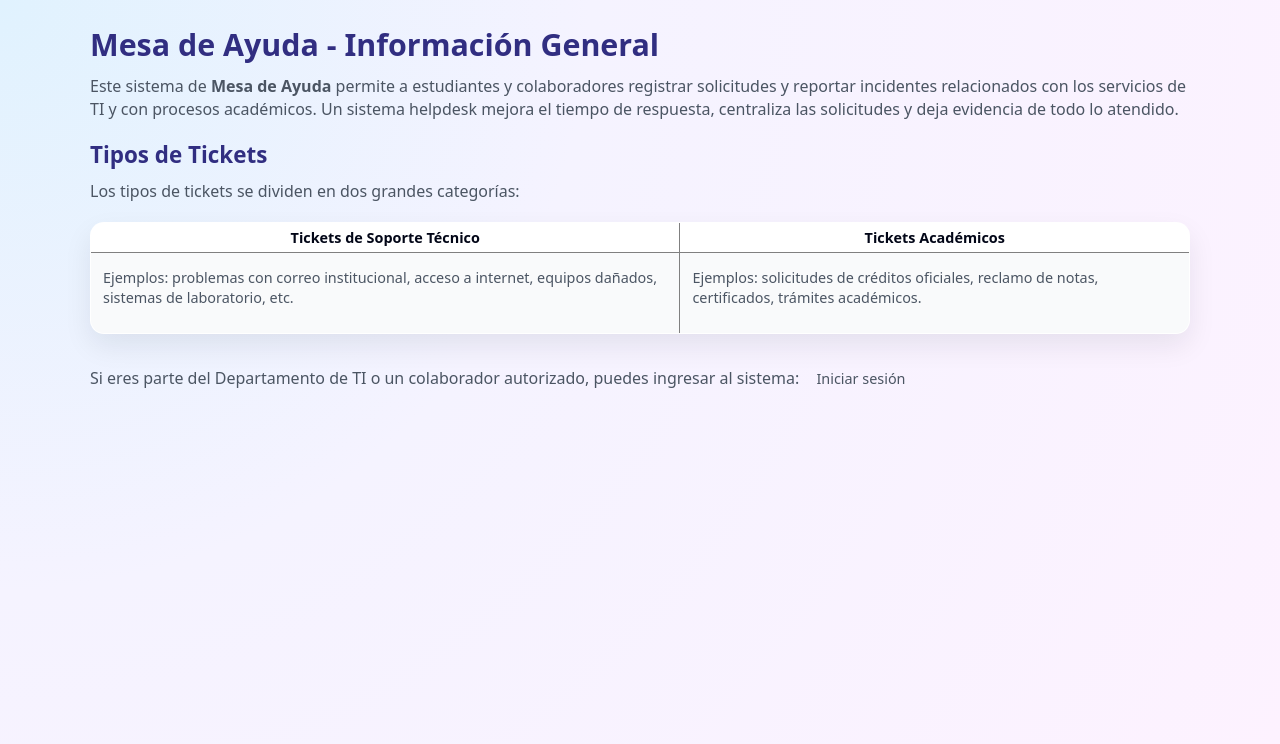
Repository: eleazarrrg/Proyecto-Mesa-Ayuda
Page: http://localhost/mesa-ayuda/public_home.php
The author's editor kept a copy of each file at every save. The page is drawn from the files as they stood at one save, then again after the next save.
The browser window is 1280 px wide. The pictures show the whole page.
The page is run by PHP 8.4 with error messages shown; the project is at /var/www/html/. Queries for data that is not in the repository find no rows.

Above is the page before, as saved 2025-12-06 22:41:13.

### public/public_home.php
<?php
require_once __DIR__ . '/../app/core/Database.php';

$db = Database::getInstance()->getConnection();

$tipos = $db->query("SELECT nombre, categoria FROM tipos_ticket ORDER BY nombre")->fetchAll();

$tecnicos = [];
$academicos = [];
foreach ($tipos as $t) {
    if ($t['categoria'] === 'TECNICO') {
        $tecnicos[] = $t['nombre'];
    } else {
        $academicos[] = $t['nombre'];
    }
}
?>
<!DOCTYPE html>
<html lang="es">
<head>
    <meta charset="UTF-8">
    <title>Mesa de Ayuda - Página pública</title>
    <link rel="stylesheet" href="../assets/css/style.css">
</head>
<body>
    <h1>Mesa de Ayuda - Información General</h1>

    <p>
        Este sistema de <strong>Mesa de Ayuda</strong> permite a estudiantes y colaboradores
        registrar solicitudes y reportar incidentes relacionados con los servicios de TI
        y con procesos académicos. Un sistema helpdesk mejora el tiempo de respuesta,
        centraliza las solicitudes y deja evidencia de todo lo atendido.
    </p>

    <h2>Tipos de Tickets</h2>
    <p>Los tipos de tickets se dividen en dos grandes categorías:</p>

    <table border="1" cellpadding="5" cellspacing="0">
        <tr>
            <th>Tickets de Soporte Técnico</th>
            <th>Tickets Académicos</th>
        </tr>
        <tr>
            <td valign="top">
                <p>Ejemplos: problemas con correo institucional, acceso a internet, equipos dañados, sistemas de laboratorio, etc.</p>
                <ul>
                    <?php foreach ($tecnicos as $n): ?>
                        <li><?= htmlspecialchars($n); ?></li>
                    <?php endforeach; ?>
                </ul>
            </td>
            <td valign="top">
                <p>Ejemplos: solicitudes de créditos oficiales, reclamo de notas, certificados, trámites académicos.</p>
                <ul>
                    <?php foreach ($academicos as $n): ?>
                        <li><?= htmlspecialchars($n); ?></li>
                    <?php endforeach; ?>
                </ul>
            </td>
        </tr>
    </table>

    <p>
        Si eres parte del Departamento de TI o un colaborador autorizado, puedes ingresar al sistema:
        <a href="index.php">Iniciar sesión</a>
    </p>
</body>
</html>

### app/core/Database.php
<?php
// app/core/Database.php
require_once __DIR__ . '/../config/config.php';

class Database {
    private $host;
    private $dbname;
    private $user;
    private $pass;
    private static $instance = null;
    private $pdo;

    private function __construct() {
        $this->host   = defined('DB_HOST') ? DB_HOST : 'localhost';
        $this->dbname = defined('DB_NAME') ? DB_NAME : 'mesa_ayuda';
        $this->user   = defined('DB_USER') ? DB_USER : 'root';
        $this->pass   = defined('DB_PASS') ? DB_PASS : '';

        $dsn = "mysql:host={$this->host};dbname={$this->dbname};charset=utf8mb4";

        try {
            $this->pdo = new PDO($dsn, $this->user, $this->pass, [
                PDO::ATTR_ERRMODE            => PDO::ERRMODE_EXCEPTION,
                PDO::ATTR_DEFAULT_FETCH_MODE => PDO::FETCH_ASSOC,
            ]);
        } catch (PDOException $e) {
            // Control de errores sencillo
            die("Error de conexión a BD: " . $e->getMessage());
        }
    }

    public static function getInstance() {
        if (self::$instance === null) {
            self::$instance = new Database();
        }
        return self::$instance;
    }

    public function getConnection() {
        return $this->pdo;
    }
}

### app/config/config.php
<?php
// app/config/config.php

// Nombre de la app
define('APP_NAME', 'Mesa de Ayuda UTP');


define('APP_URL', 'http://localhost/mesa-ayuda/public');

// Configuración de zona horaria
date_default_timezone_set('America/Panama');

// Datos de BD por si luego se usan en Database.php
define('DB_HOST', 'localhost');
define('DB_NAME', 'mesa_ayuda');
define('DB_USER', 'root');
define('DB_PASS', '');

### assets/css/style.css
/* =========================================
   ESTILOS GENERALES
========================================= */
:root {
    /* Fondo general */
    --bg-body: #f5f3ff;
    --bg-card: #ffffff;

    /* Header y zonas oscuras */
    --bg-header: #4c1d95;
    --bg-header-soft: #312e81;

    /* Color principal */
    --primary: #0ea5e9;
    --primary-soft: #e0f2fe;
    --primary-dark: #0284c7;

    /* Semáforos */
    --danger: #ef4444;
    --success: #16a34a;
    --warning: #f59e0b;

    /* Texto y bordes */
    --text-main: #020617;
    --text-soft: #4b5563;
    --border-soft: #e5e7eb;

    /* Sombras y radios */
    --shadow-soft: 0 12px 28px rgba(15, 23, 42, 0.08);
    --radius-card: 14px;
    --radius-pill: 999px;

    --transition-fast: 0.18s ease-out;
    --font-main: system-ui, -apple-system, BlinkMacSystemFont, "Segoe UI", sans-serif;
}

*,
*::before,
*::after {
    box-sizing: border-box;
}

html, body {
    margin: 0;
    padding: 0;
}

body {
    font-family: var(--font-main);
    background: radial-gradient(circle at top left, #e0f2fe 0, #f5f3ff 40%, #fdf2ff 100%);
    color: var(--text-main);
    min-height: 100vh;
}

/* Contenedor principal centrado */
body > h1,
body > h2,
body > h3,
body > p,
body > form,
body > table,
body > hr,
body > ul {
    max-width: 1100px;
    margin-left: auto;
    margin-right: auto;
}

/* Para páginas que tengan un contenedor principal */
.container,
.wrapper-main {
    max-width: 1100px;
    margin: 24px auto 40px auto;
    padding: 0 16px;
}

/* =========================================
   TIPOGRAFÍA Y LINKS
========================================= */
h1 {
    font-size: 1.9rem;
    font-weight: 700;
    margin: 24px auto 10px auto;
    color: var(--bg-header-soft);
    text-align: left;
}

h2 {
    font-size: 1.4rem;
    margin: 18px 0 10px 0;
    color: var(--bg-header-soft);
}

h3 {
    font-size: 1.1rem;
    margin: 16px 0 8px 0;
    color: var(--bg-header-soft);
}

p {
    margin: 6px 0 10px;
    color: var(--text-soft);
    line-height: 1.45;
}

a {
    color: var(--primary);
    text-decoration: none;
    font-weight: 500;
}

a:hover {
    text-decoration: underline;
}

/* =========================================
   BARRA DE NAVEGACIÓN SENCILLA (la del dashboard)
========================================= */

body > p a {
    display: inline-block;
    margin-right: 10px;
    padding: 6px 12px;
    border-radius: var(--radius-pill);
    border: 1px solid transparent;
    background-color: transparent;
    font-size: 0.9rem;
    color: var(--text-soft);
    transition: background-color var(--transition-fast), color var(--transition-fast), border-color var(--transition-fast), transform var(--transition-fast);
}

body > p a:hover {
    background-color: var(--primary-soft);
    color: var(--primary-dark);
    border-color: rgba(37, 99, 235, 0.25);
    text-decoration: none;
    transform: translateY(-1px);
}

/* Para indicar la página actual manualmente si quieres */
.nav-active {
    background-color: var(--primary);
    color: #ffffff !important;
    border-color: var(--primary-dark);
}

/* =========================================
   CARDS (puedes usarlas envolviendo contenido con class="card")
========================================= */
.card {
    background-color: var(--bg-card);
    border-radius: var(--radius-card);
    box-shadow: var(--shadow-soft);
    padding: 18px 20px;
    margin: 18px auto;
    border: 1px solid rgba(148, 163, 184, 0.15);
}

.card-header {
    display: flex;
    align-items: baseline;
    justify-content: space-between;
    margin-bottom: 10px;
}

.card-header h2,
.card-header h3 {
    margin: 0;
}

.card-header small {
    color: var(--text-soft);
}

/* =========================================
   FORMULARIOS
========================================= */

form {
    background-color: var(--bg-card);
    border-radius: var(--radius-card);
    padding: 20px 22px;
    margin: 18px auto 30px auto;
    box-shadow: var(--shadow-soft);
    border: 1px solid rgba(148, 163, 184, 0.18);
}

label {
    display: block;
    font-size: 0.9rem;
    margin-bottom: 4px;
    font-weight: 600;
    color: var(--text-soft);
}

input[type="text"],
input[type="password"],
input[type="email"],
input[type="date"],
input[type="number"],
input[type="file"],
select,
textarea {
    width: 100%;
    max-width: 460px;
    padding: 9px 11px;
    border-radius: 9px;
    border: 1px solid var(--border-soft);
    font-size: 0.92rem;
    font-family: var(--font-main);
    outline: none;
    background-color: #f9fafb;
    color: var(--text-main);
    transition: border-color var(--transition-fast), box-shadow var(--transition-fast), background-color var(--transition-fast), transform var(--transition-fast);
}

textarea {
    resize: vertical;
    min-height: 90px;
}

input:focus,
select:focus,
textarea:focus {
    border-color: var(--primary);
    box-shadow: 0 0 0 1px rgba(37, 99, 235, 0.35);
    background-color: #ffffff;
    transform: translateY(-1px);
}

/* Separación entre grupos del formulario */
form > br {
    display: none; /* oculta <br> si los usas, el padding ya hace el espacio */
}

form > label + * {
    margin-bottom: 12px;
}

/* =========================================
   BOTONES
========================================= */

button,
input[type="submit"],
.btn {
    display: inline-flex;
    align-items: center;
    justify-content: center;
    padding: 8px 18px;
    border-radius: var(--radius-pill);
    border: none;
    font-size: 0.9rem;
    font-weight: 600;
    font-family: var(--font-main);
    background: linear-gradient(135deg, var(--primary), var(--primary-dark));
    color: #ffffff;
    cursor: pointer;
    box-shadow: 0 6px 16px rgba(37, 99, 235, 0.30);
    transition: transform var(--transition-fast), box-shadow var(--transition-fast), background var(--transition-fast), filter var(--transition-fast);
}

button:hover,
input[type="submit"]:hover,
.btn:hover {
    transform: translateY(-1px);
    box-shadow: 0 12px 20px rgba(37, 99, 235, 0.35);
    filter: brightness(1.03);
}

button:active,
input[type="submit"]:active,
.btn:active {
    transform: translateY(0);
    box-shadow: 0 4px 8px rgba(15, 23, 42, 0.3);
}

/* Variantes de botón */
.btn-secondary {
    background: #e5e7eb;
    color: #111827;
    box-shadow: none;
}

.btn-secondary:hover {
    background: #d1d5db;
    box-shadow: 0 4px 10px rgba(148, 163, 184, 0.4);
}

.btn-danger {
    background: linear-gradient(135deg, #ef4444, #b91c1c);
}

.btn-success {
    background: linear-gradient(135deg, #22c55e, #15803d);
}

/* =========================================
   MENSAJES (errores, éxito, info)
   (Puedes envolver tus mensajes con <div class="alert alert-error"> etc.)
========================================= */

.alert {
    padding: 10px 14px;
    border-radius: 10px;
    font-size: 0.9rem;
    margin: 12px auto;
    max-width: 1100px;
    border: 1px solid transparent;
}

.alert-error {
    background: #fef2f2;
    border-color: #fecaca;
    color: #b91c1c;
}

.alert-success {
    background: #ecfdf3;
    border-color: #bbf7d0;
    color: #166534;
}

.alert-info {
    background: #eff6ff;
    border-color: #bfdbfe;
    color: #1d4ed8;
}

/* Estilo específico para el UL de errores que ya tienes */
ul {
    padding-left: 18px;
}

ul li {
    margin-bottom: 4px;
}

/* Si no quieres cambiar tu HTML, al menos haz que el UL rojo se vea como alerta */
ul[style*="color:red"] {
    list-style: none;
    padding: 10px 14px;
    border-radius: 10px;
    background: #fef2f2;
    border: 1px solid #fecaca;
    color: #b91c1c !important;
}

/* =========================================
   TABLAS (listado de tickets, usuarios, etc.)
========================================= */

table {
    width: 100%;
    border-collapse: collapse;
    margin: 18px auto 28px auto;
    background-color: var(--bg-card);
    border-radius: 14px;
    overflow: hidden;
    box-shadow: var(--shadow-soft);
    font-size: 0.9rem;
}

table thead {
    background: linear-gradient(135deg, var(--bg-header), var(--bg-header-soft));
    color: #e5e7eb;
}

table thead th {
    padding: 10px 12px;
    text-align: left;
    font-weight: 600;
    border-bottom: 1px solid rgba(15, 23, 42, 0.5);
}

table tbody tr:nth-child(even) {
    background-color: #f9fafb;
}

table tbody tr:nth-child(odd) {
    background-color: #ffffff;
}

table td {
    padding: 9px 12px;
    border-bottom: 1px solid var(--border-soft);
    color: #111827;
}

table tbody tr:hover {
    background-color: #eff6ff;
}

/* Botones/links dentro de tablas */
table td a {
    font-size: 0.85rem;
    padding: 4px 9px;
    border-radius: var(--radius-pill);
    border: 1px solid transparent;
    background-color: #e5e7eb;
    color: #111827;
    font-weight: 500;
    text-decoration: none;
    margin-right: 4px;
}

table td a:hover {
    background-color: var(--primary-soft);
    color: var(--primary-dark);
    border-color: rgba(37, 99, 235, 0.4);
}

/* Paginación básica (los enlaces de números al final de tickets.php) */
p:has(a[href*="?p="]) {
    text-align: right;
    font-size: 0.86rem;
    color: var(--text-soft);
}

p:has(a[href*="?p="]) a {
    margin-left: 4px;
    margin-right: 0;
    padding: 3px 8px;
    border-radius: var(--radius-pill);
    border: 1px solid transparent;
    background-color: transparent;
}

p:has(a[href*="?p="]) a:hover {
    background-color: var(--primary-soft);
}

/* =========================================
   BADGES (estado, prioridad) - opcional
   Si agregas <span class="badge badge-estado-en-espera">EN_ESPERA</span>, etc.
========================================= */

.badge {
    display: inline-flex;
    align-items: center;
    justify-content: center;
    padding: 2px 10px;
    border-radius: var(--radius-pill);
    font-size: 0.72rem;
    font-weight: 600;
    letter-spacing: 0.02em;
}

.badge-estado-en-espera {
    background-color: #fef3c7;
    color: #92400e;
}

.badge-estado-en-proceso {
    background-color: #dbeafe;
    color: #1d4ed8;
}

.badge-estado-culminada {
    background-color: #dcfce7;
    color: #166534;
}

.badge-prioridad-baja {
    background-color: #e5e7eb;
    color: #374151;
}

.badge-prioridad-media {
    background-color: #fee2e2;
    color: #b91c1c;
}

.badge-prioridad-alta {
    background-color: #fee2e2;
    color: #991b1b;
}

/* =========================================
   LAYOUT RESPONSIVE
========================================= */

@media (max-width: 768px) {
    body > h1,
    body > p,
    body > form,
    body > table {
        padding-left: 12px;
        padding-right: 12px;
    }

    form {
        padding: 16px 14px;
    }

    table thead {
        display: none;
    }

    table,
    table tbody,
    table tr,
    table td {
        display: block;
        width: 100%;
    }

    table tr {
        margin-bottom: 14px;
        border-radius: 12px;
        border: 1px solid var(--border-soft);
        overflow: hidden;
        box-shadow: 0 6px 16px rgba(15, 23, 42, 0.06);
    }

    table td {
        border: none;
        padding: 7px 10px;
        position: relative;
    }

    table td::before {
        content: attr(data-label);
        font-size: 0.74rem;
        text-transform: uppercase;
        letter-spacing: 0.06em;
        color: var(--text-soft);
        display: block;
        margin-bottom: 2px;
    }
}

/* =========================================
   CABECERA SIMPLE PARA PÁGINA PÚBLICA (opcional)
========================================= */

.header-public {
    max-width: 1100px;
    margin: 0 auto 20px auto;
    padding: 16px 18px;
    background: linear-gradient(135deg, #4c1d95, #0ea5e9);
    color: #e5e7eb;
    border-radius: 0 0 18px 18px;
    box-shadow: 0 14px 26px rgba(15, 23, 42, 0.35);
}

.header-public h1 {
    color: #f9fafb;
    margin: 0 0 4px 0;
}

.header-public p {
    color: #e5e7eb;
    margin: 0;
}

After the next save:
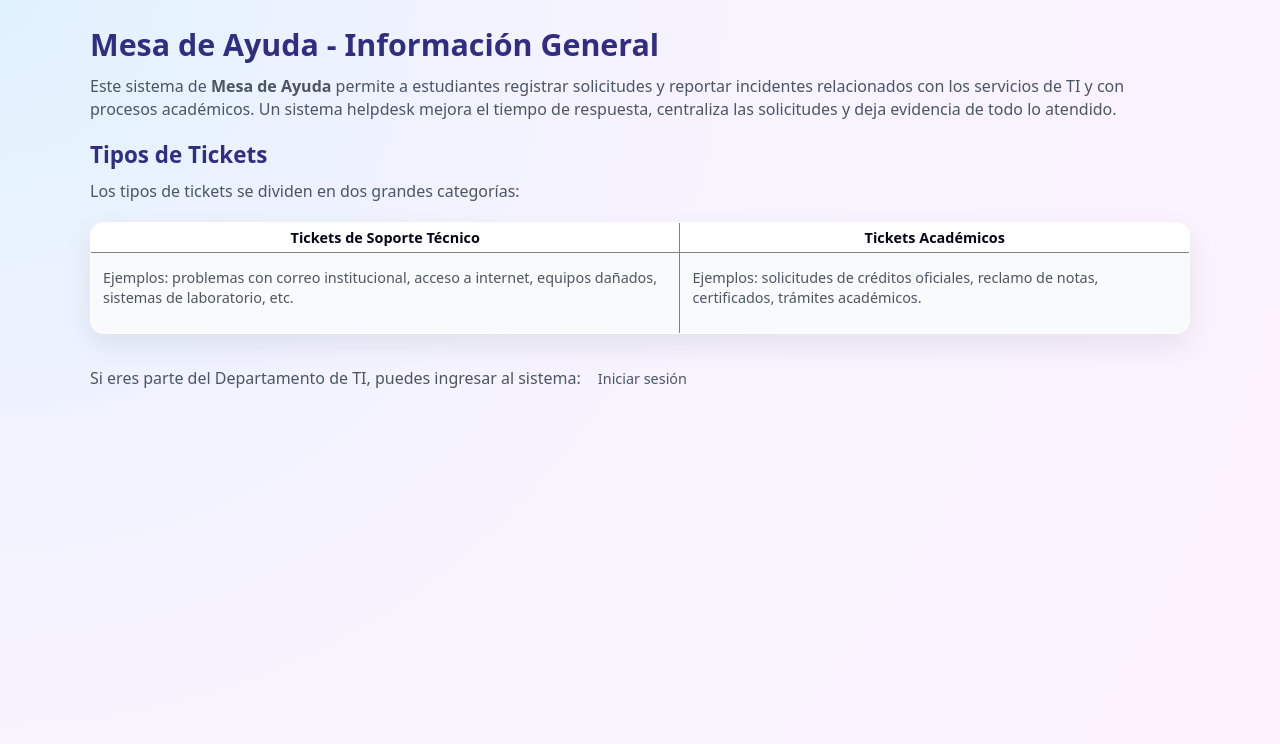
Saved 6 s later.
--- a/public/public_home.php
+++ b/public/public_home.php
@@ -26,7 +26,7 @@ foreach ($tipos as $t) {
     <h1>Mesa de Ayuda - Información General</h1>
 
     <p>
-        Este sistema de <strong>Mesa de Ayuda</strong> permite a estudiantes y colaboradores
+        Este sistema de <strong>Mesa de Ayuda</strong> permite a estudiantes
         registrar solicitudes y reportar incidentes relacionados con los servicios de TI
         y con procesos académicos. Un sistema helpdesk mejora el tiempo de respuesta,
         centraliza las solicitudes y deja evidencia de todo lo atendido.
@@ -61,7 +61,7 @@ foreach ($tipos as $t) {
     </table>
 
     <p>
-        Si eres parte del Departamento de TI o un colaborador autorizado, puedes ingresar al sistema:
+        Si eres parte del Departamento de TI, puedes ingresar al sistema:
         <a href="index.php">Iniciar sesión</a>
     </p>
 </body>
